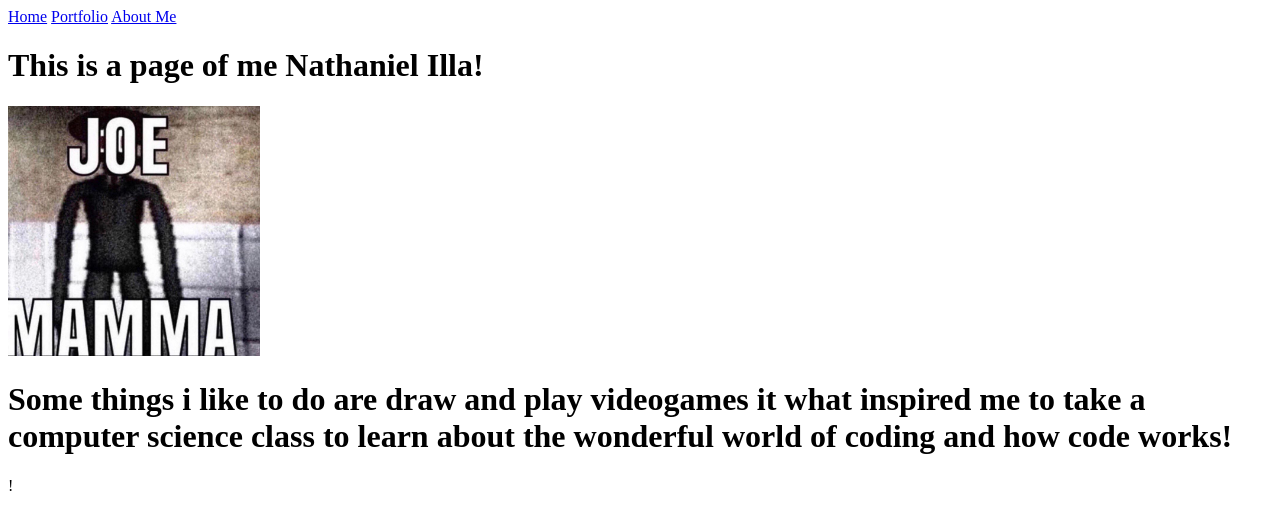
Repository: nilla1867/nilla1867.github.io
Page: my_website/aboutme.html
The author's editor kept a record of every edit. The page is drawn from the files as they stood at one moment, then again after the next edit.
The browser window is 1280 px wide. The pictures show the whole page.

Above is the page before.

### my_website/aboutme.html
<!doctype html>
	<html lang="en">
	  <head>
	    <meta charset="utf-8">
	    <title>Portfolio</title>
	  </head>
	  <body>
    <a href="index.html">Home</a>
        <a href="portfolio.html">Portfolio</a>
     <a href="About Nathaniel Illa.html">About Me</a>
    <h1>This is a page of me Nathaniel Illa!</h1>
      <img src="images/JOEMAMA.jpg" height="250">
    <br>
    </a>
	  </body>
	</html>
 <h1> Some things i like to do are draw and play videogames it what inspired me to take a computer science class to learn about the wonderful world of coding and how code works!
 </h1>!</h1>

After the next edit:
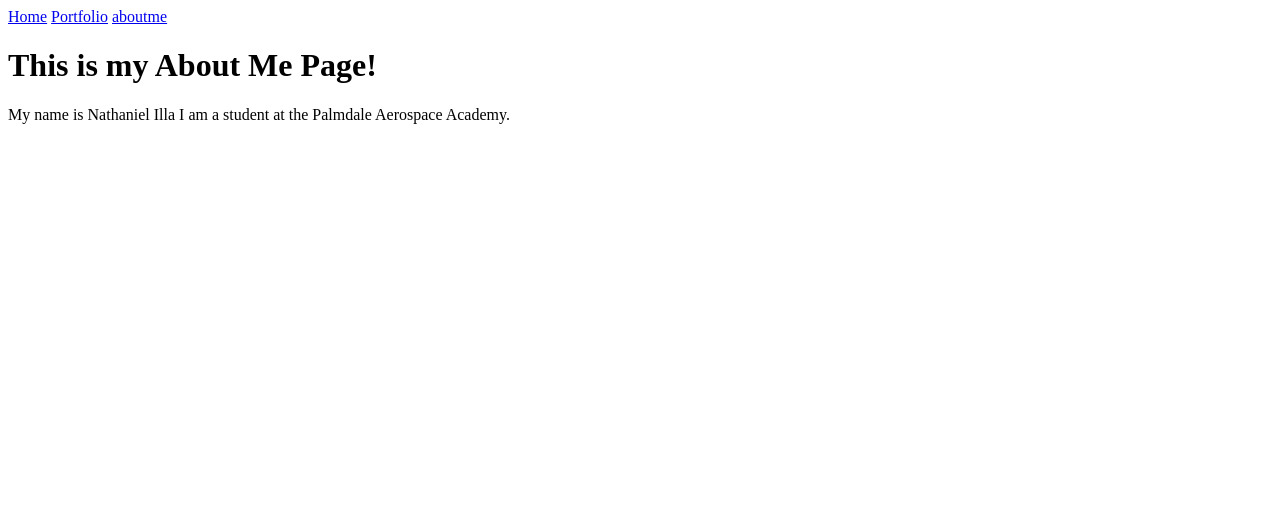
The edit:
--- a/my_website/aboutme.html
+++ b/my_website/aboutme.html
@@ -6,13 +6,9 @@
 	  </head>
 	  <body>
     <a href="index.html">Home</a>
-        <a href="portfolio.html">Portfolio</a>
-     <a href="About Nathaniel Illa.html">About Me</a>
-    <h1>This is a page of me Nathaniel Illa!</h1>
-      <img src="images/JOEMAMA.jpg" height="250">
-    <br>
-    </a>
-	  </body>
+    <a href="portfolio.html">Portfolio</a>
+    <a href="aboutme.html">aboutme</a>
+    <h1>This is my About Me Page!</h1>
+    <p>My name is Nathaniel Illa I am a student at the Palmdale Aerospace Academy.</p>
+	</body>
 	</html>
- <h1> Some things i like to do are draw and play videogames it what inspired me to take a computer science class to learn about the wonderful world of coding and how code works!
- </h1>!</h1>
